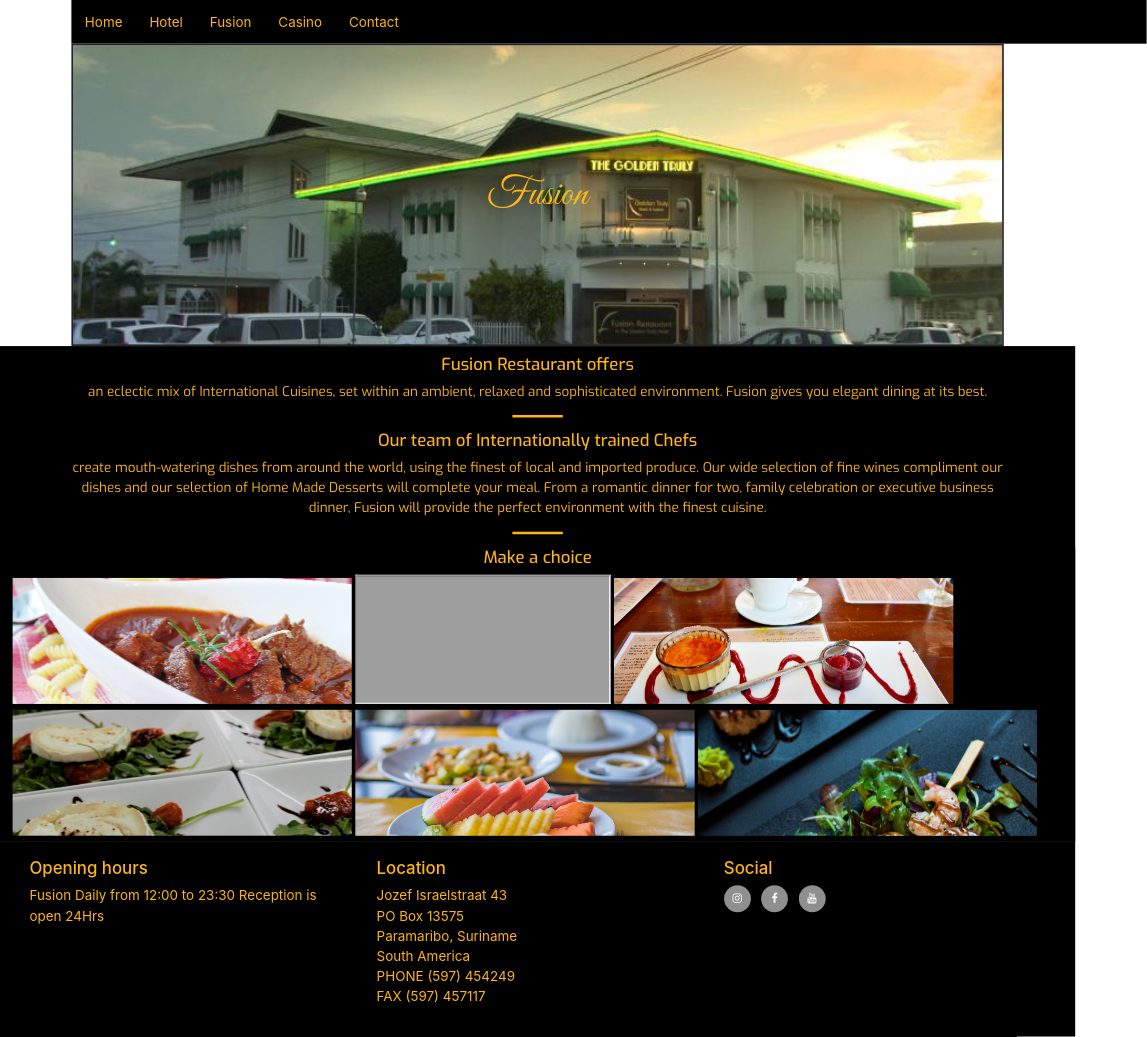
Repository: Code-Institute-Submissions/anthonycaf-Milestone1
Page: fusion.html
The author's editor kept a record of every edit. The page is drawn from the files as they stood at one moment, then again after the next edit.
The browser window is 1280 px wide. The page is 1365 px wide, so the pictures cover 1365 px, including what lies to the right of the window. The pictures show the whole page, at 84% of full size.
Pictures or frames that could not be fetched are drawn as grey boxes.

Above is the page before.

After the next edit:
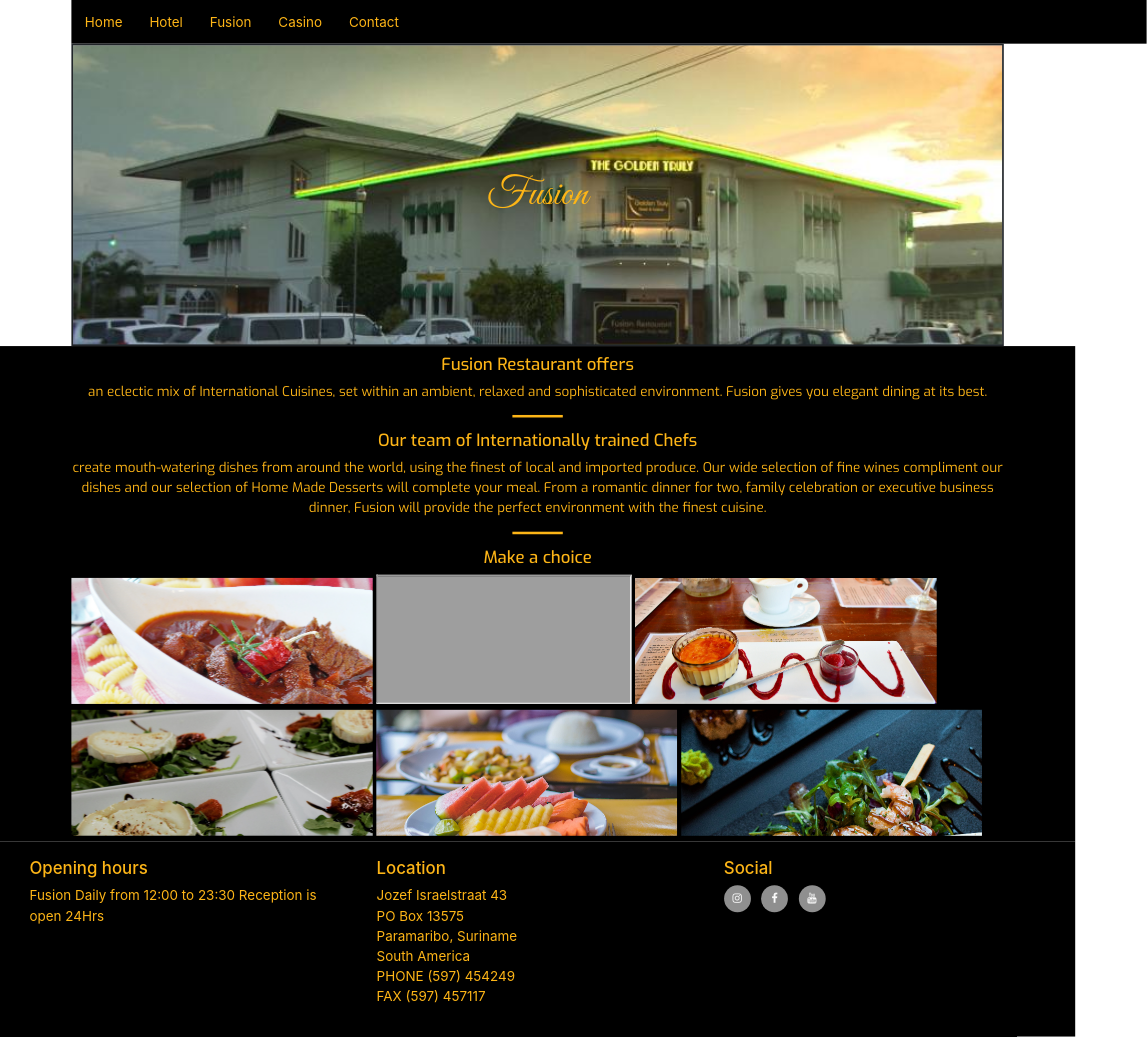
The edit:
--- a/fusion.html
+++ b/fusion.html
@@ -43,7 +43,7 @@
      Fusion will provide the perfect environment with the finest cuisine.
       <hr class="block-divider">
  </section>
- <section class="images container-fluid">
+ <section class="images container">
   <h5 class="uppercase text-center">Make a choice </h5>
    <div class="bg-food col-4 bg-food-img1 "><a href="index.html"></a></div>
 
